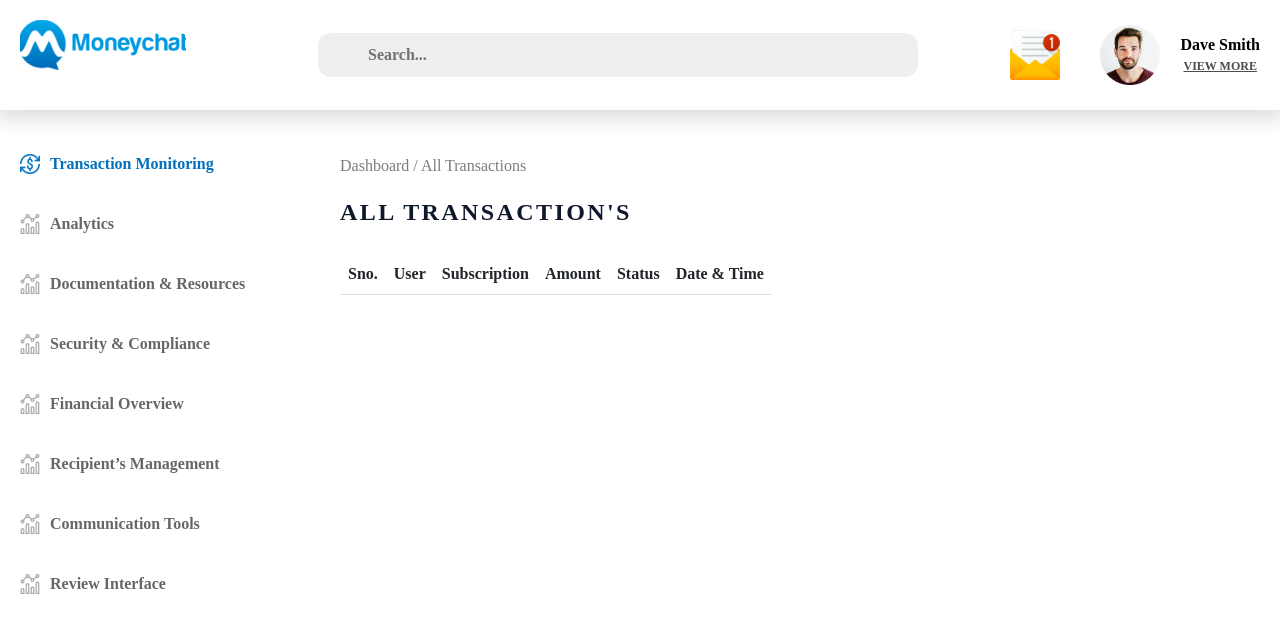
Repository: FlyweisReact/Money-Chat
Page: /transaction
An editor plug-in stored every save of this project. The page is shown before and after a run of saves, followed by the edit.
The browser window is 1280 px wide. The pictures show the whole page.
The project was rebuilt for these pictures with package versions that can differ from the ones it lists, and the page was loaded fresh each time. Also part of the build but not shown: src/forms/ForgetPassword.js, src/forms/Login.jsx, src/forms/NeedHelp.js, src/forms/Regestration.js, src/forms/Verify.js. Imported but missing from the stored project, and not drawn on this page: src/pages/Component/SpinnerComp.

Above is the page before, as saved 2023-11-30 15:21:40.

After the next 2 saves:
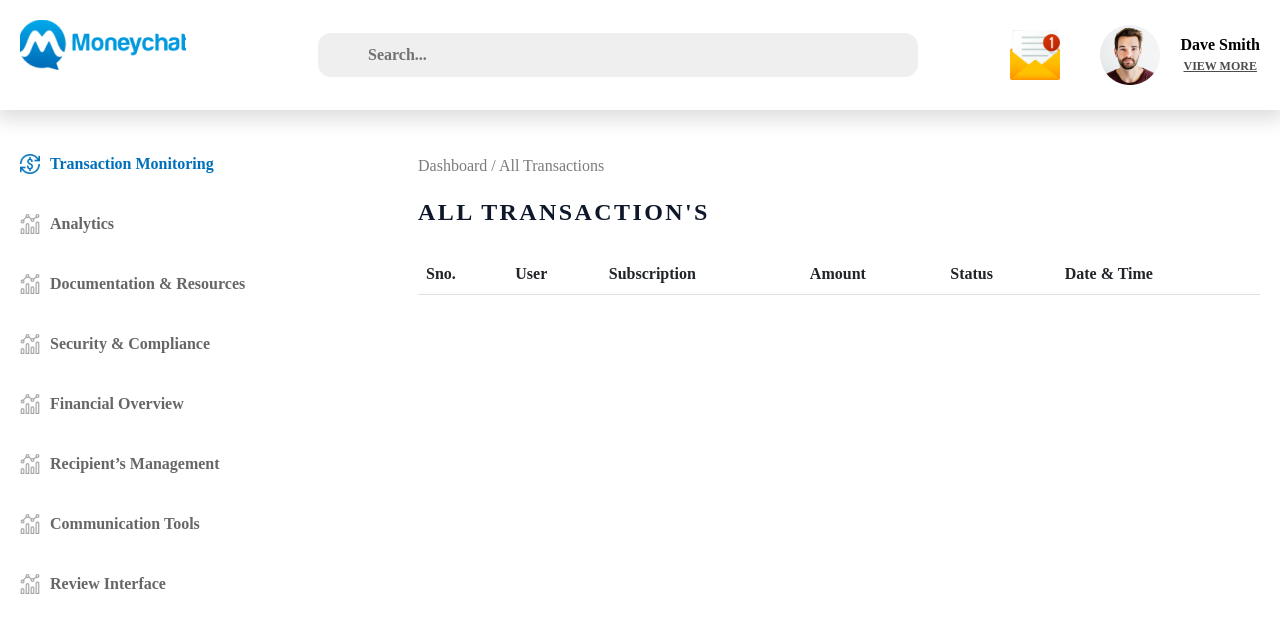
The 2 saves are shown as one change because they came seconds apart.
The last was saved 8 s later.
--- a/src/CSS/style.css
+++ b/src/CSS/style.css
@@ -414,7 +414,7 @@
 }
 .sidebar {
   background-color: #fff;
-  width: 300px;
+  width: 30%;
 }
 
 .sidebar ul {
@@ -447,5 +447,5 @@
 }
 
 .child_component{
-  width: ;
-}
+  width: 70%;
+}
